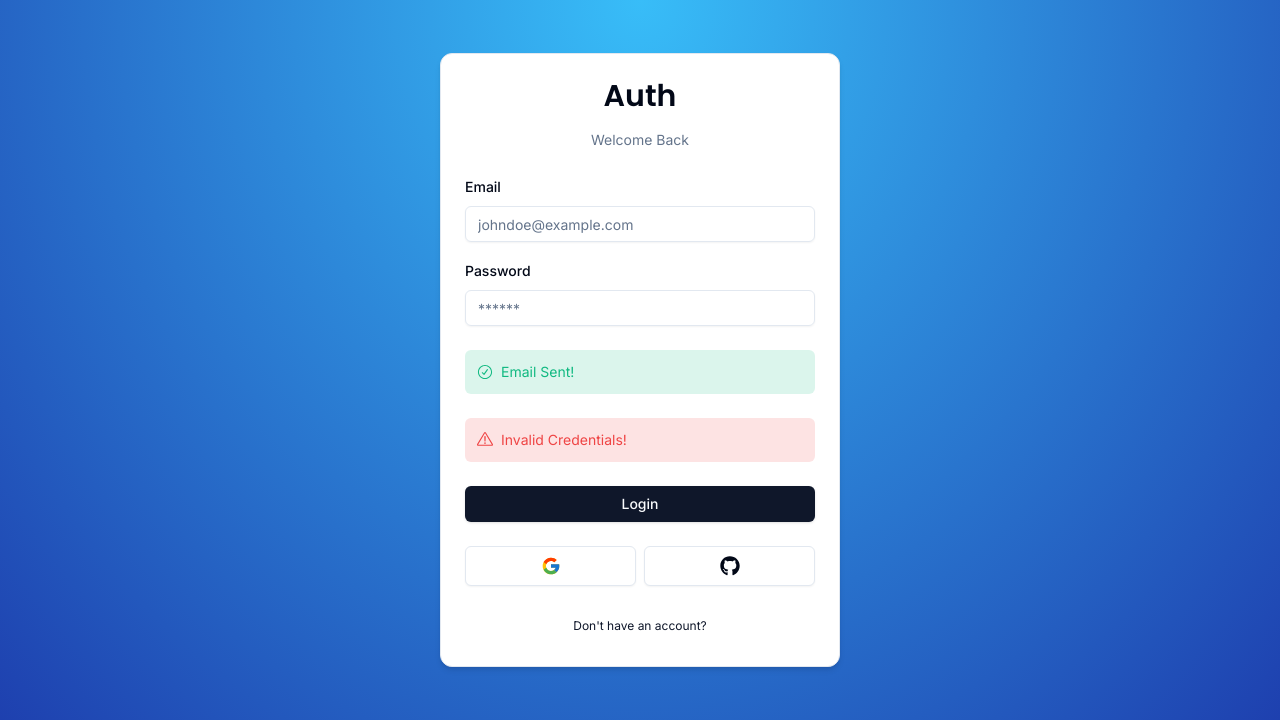
Repository: DevLaukey/next-auth-role-based
Page: /auth/login
The author's editor kept a copy of each file at every save. The page is drawn from the files as they stood at one save, then again after the next save.
The browser window is 1280 px wide. The pictures show the whole page.
The project was rebuilt for these pictures with package versions that can differ from the ones it lists, and the page was loaded fresh each time. The framework's server and built-in components were replaced by stand-ins that run in the browser. Also part of the build but not shown: next.config.js.

Above is the page before, as saved 2024-01-16 02:58:54.

After the next save:
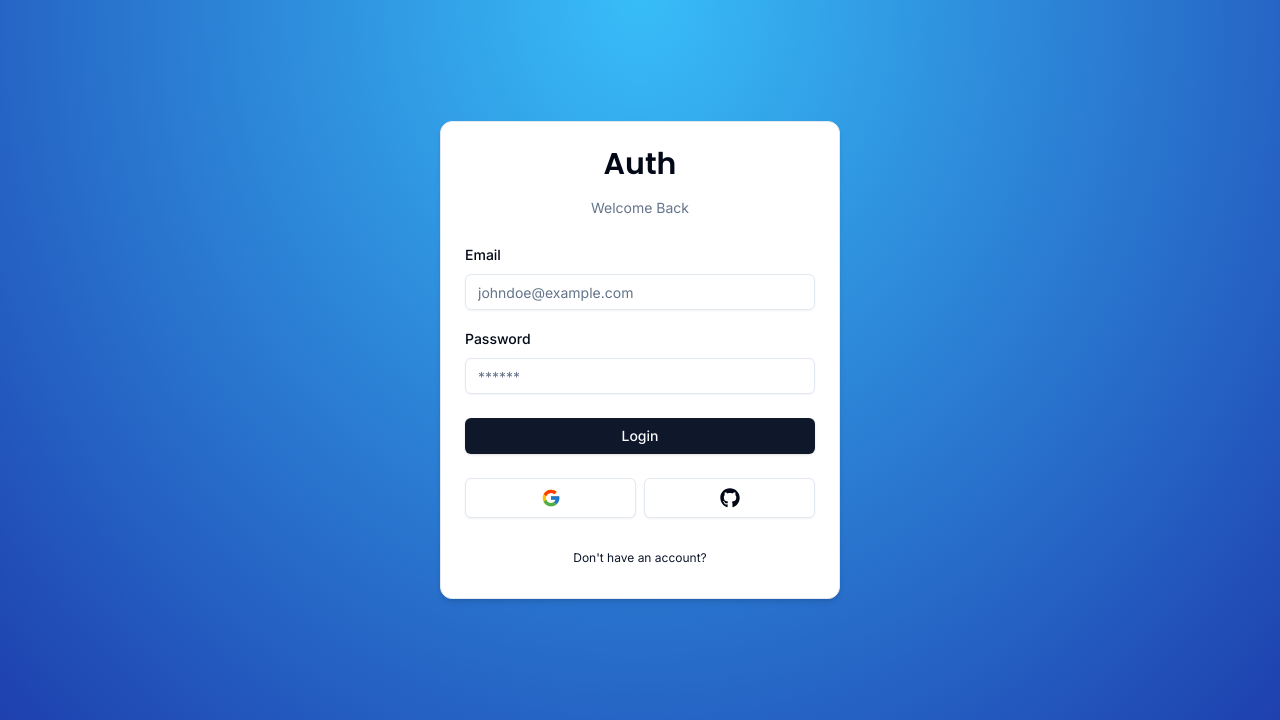
Saved 69 s later.
--- a/components/auth/login-form.tsx
+++ b/components/auth/login-form.tsx
@@ -71,8 +71,8 @@ export const LoginForm = () => {
               )}
             />
           </div>
-          <FormSucess message="Email Sent!" />
-          <FormError message="Invalid Credentials!" />
+          <FormSucess message="" />
+          <FormError message="" />
           <Button type="submit" className="w-full">
             Login
           </Button>
